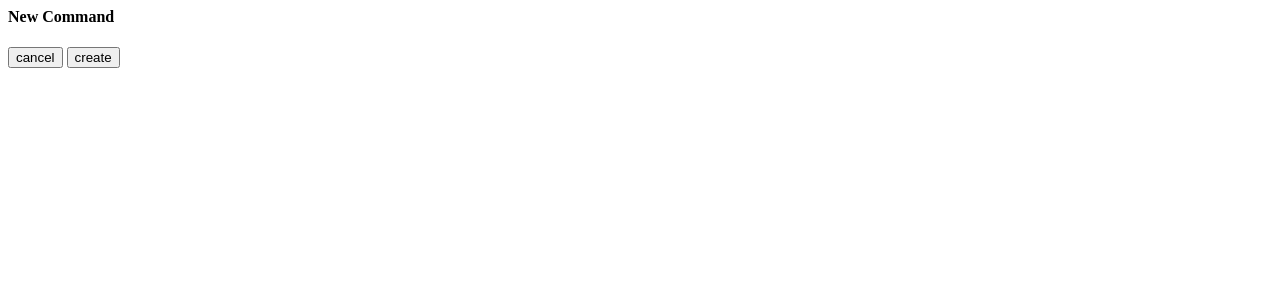
Repository: naldorp/_isa.admin
Page: app/modules/commands/views/new.html
The author's editor kept a record of every edit. The page is drawn from the files as they stood at one moment, then again after the next edit.
The browser window is 1280 px wide. The pictures show the whole page.

Above is the page before.

### app/modules/commands/views/new.html
<div class="card">
    <div class="card-header">
        <h4 class="card-title">
            New Command
        </h4>
    </div>
    <div class="card-body">
        <div class="card-block">
            <form name="commandForm">
                <div ng-include="'/modules/commands/views/_form.html'">
                </div>
                <div class="modal-footer">
                    <input type="reset" class="btn btn-outline-secondary btn-lg" data-dismiss="modal" value="cancel" ui-sref="commands_all">
                    <input type="submit" ng-click="save()" class="btn btn-primary btn-lg" value="create">
                </div>

            </form>

        </div>
    </div>

After the next edit:
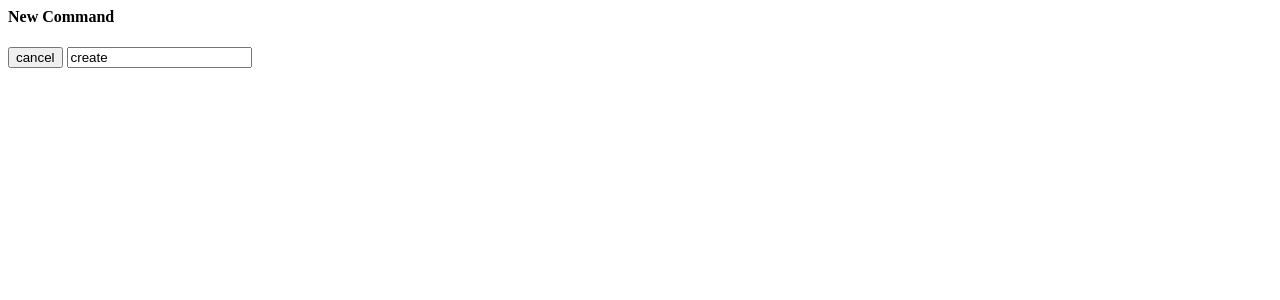
The edit:
--- a/app/modules/commands/views/new.html
+++ b/app/modules/commands/views/new.html
@@ -11,7 +11,7 @@
                 </div>
                 <div class="modal-footer">
                     <input type="reset" class="btn btn-outline-secondary btn-lg" data-dismiss="modal" value="cancel" ui-sref="commands_all">
-                    <input type="submit" ng-click="save()" class="btn btn-primary btn-lg" value="create">
+                    <input ng-click="save()" class="btn btn-primary btn-lg" value="create">
                 </div>
 
             </form>
